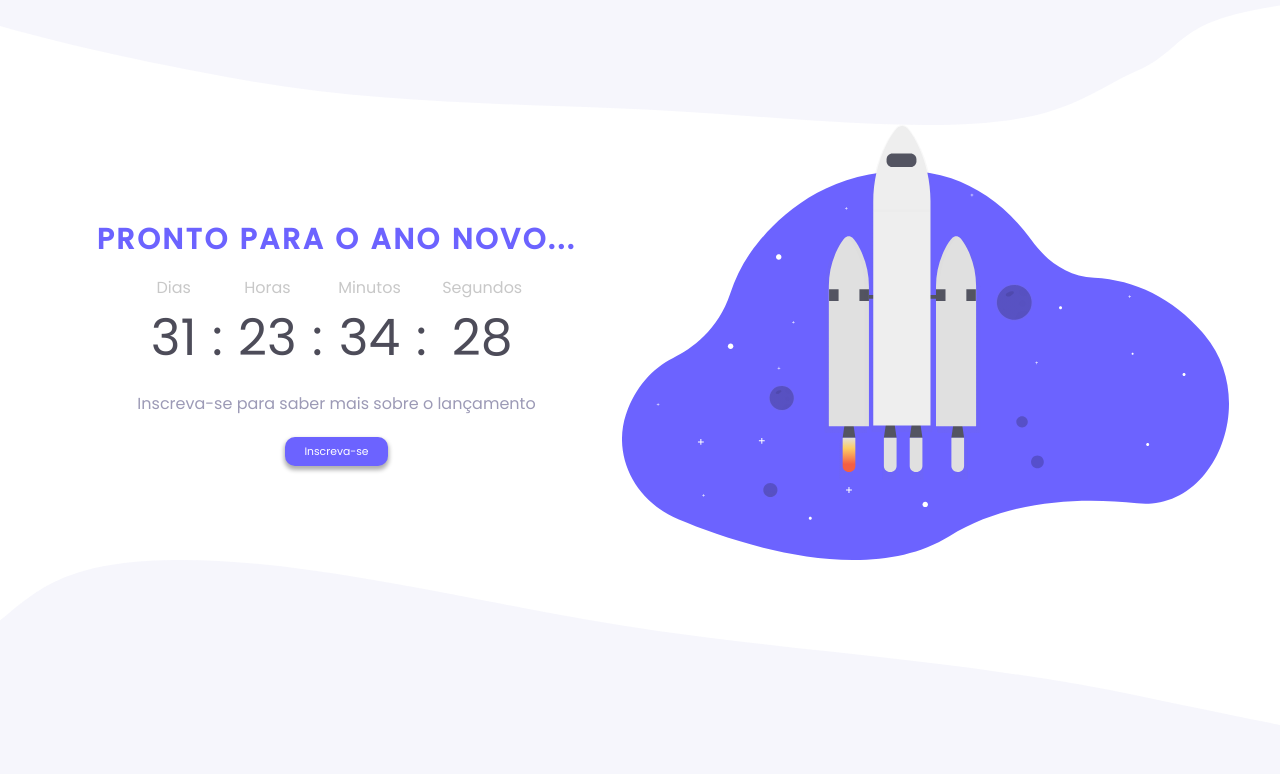
Repository: BrunoBross/countdown
Page: index.html
The author's editor kept a copy of each file at every save. The page is drawn from the files as they stood at one save, then again after the next save.
The browser window is 1280 px wide. The pictures show the whole page.

Above is the page before, as saved 2021-11-30 01:14:13.

### index.html
<!DOCTYPE html>
<html lang="en">
<head>
  <meta charset="UTF-8">
  <meta http-equiv="X-UA-Compatible" content="IE=edge">
  <meta name="viewport" content="width=device-width, initial-scale=1.0">
  <title>Document</title>
  <link rel="stylesheet" href="./style.css">
  <link rel="preconnect" href="https://fonts.googleapis.com">
  <link rel="preconnect" href="https://fonts.gstatic.com" crossorigin>
  <link href="https://fonts.googleapis.com/css2?family=Poppins:wght@300;400;500&display=swap" rel="stylesheet">
</head>
<body>
  <div class="background">
    <img class="image" id="top" src="./assets/top-image.svg" alt="">
    <div class="center">
      <div class="content">
        <h1>PRONTO PARA O ANO NOVO...</h1>
        <div class="clock">
          <div class="time" id="days">
            <p>Dias</p>
            <h1>00</h1>
          </div>
          <div class="time"><h1>:</h1></div>
          <div class="time" id="hours">
            <p>Horas</p>
            <h1>00</h1>
          </div>
          <div class="time"><h1>:</h1></div>
          <div class="time" id="minutes">
            <p>Minutos</p>
            <h1>00</h1>
          </div>
          <div class="time"><h1>:</h1></div>
          <div class="time" id="seconds">
            <p>Segundos</p>
            <h1>00</h1>
          </div>
        </div>
        <p>Inscreva-se para saber mais sobre o lançamento</p>
        <button class="subscribe">Inscreva-se</button>
      </div>
      <img id="rocket" src="./assets/rocket.svg" alt="">
    </div>
    <img class="image" id="bottom" src="./assets/bottom-image.svg" alt="">
  </div>
</body>

<script src="./script.js"></script>
</html>

### style.css
*{
  padding: 0;
  margin: 0;
}

body{
  background-color: #FFF;
}

.background{
  height: 100vh;
  display: flex;
  flex-direction: column;
  justify-content: space-between;
}

.center{
  padding: 0 4vw;
  display: flex;
  justify-content: space-between;
}

.image{
  width: 100vw;
}

.clock{
  margin: 2vh 0;
  display: flex;
  gap: 1.2vw;
  align-items: flex-end;
}

.time{
  display: flex;
  flex-direction: column;
  justify-content: center;
  align-items: center;
}

.time > p{
  font-family: 'Poppins', 'sans-serif';
  color: #C8C8C8;
}

.time > h1{
  font-family: 'Poppins', 'sans-serif';
  color: #4D4C59;
  font-size: 7vh;
  font-weight: 400;
}

.content{
  width: 50vw;
  display: flex;
  flex-direction: column;
  justify-content: center;
  align-items: center;
}

.content > h1{
  color: #6C63FF;
  font-family: 'Poppins', 'sans-serif';
  font-weight: 700;
  font-size: 4vh;
  letter-spacing: 0.2vw;
}

.content > p{
  font-family: 'Poppins', 'sans-serif';
  font-weight: 400;
  color: #9C9AB6;
}

.subscribe{
  margin-top: 3vh;
  width: 8vw;
  height: 4vh;
  border: none;
  background-color: #6C63FF;
  border-radius: 10px;
  font-family: 'Poppins', 'sans-serif';
  font-weight: 400;
  font-size: 1.5vh;
  color: #FFF;
  box-shadow: 0 3px 4px 1px #00000050;
  cursor: pointer;
}

### script.js
// Set the date we're counting down to
var countDownDate = new Date("Jan 1, 2022 00:00:00").getTime();

// Update the count down every 1 second
var x = setInterval(function() {

  // Get today's date and time
  var now = new Date().getTime();

  // Find the distance between now and the count down date
  var distance = countDownDate - now;

  // Time calculations for days, hours, minutes and seconds
  var days = Math.floor(distance / (1000 * 60 * 60 * 24));
  var hours = Math.floor((distance % (1000 * 60 * 60 * 24)) / (1000 * 60 * 60));
  var minutes = Math.floor((distance % (1000 * 60 * 60)) / (1000 * 60));
  var seconds = Math.floor((distance % (1000 * 60)) / 1000);

  // Display the result in the element with id="demo"
  document.querySelector("#days > h1").innerHTML = days
  document.querySelector("#hours > h1").innerHTML = hours
  document.querySelector("#minutes > h1").innerHTML = minutes
  document.querySelector("#seconds > h1").innerHTML = seconds

  // If the count down is finished, write some text
  if (distance < 0) {
    clearInterval(x);
    document.getElementById("demo").innerHTML = "EXPIRED";
  }
}, 1000);

After the next save:
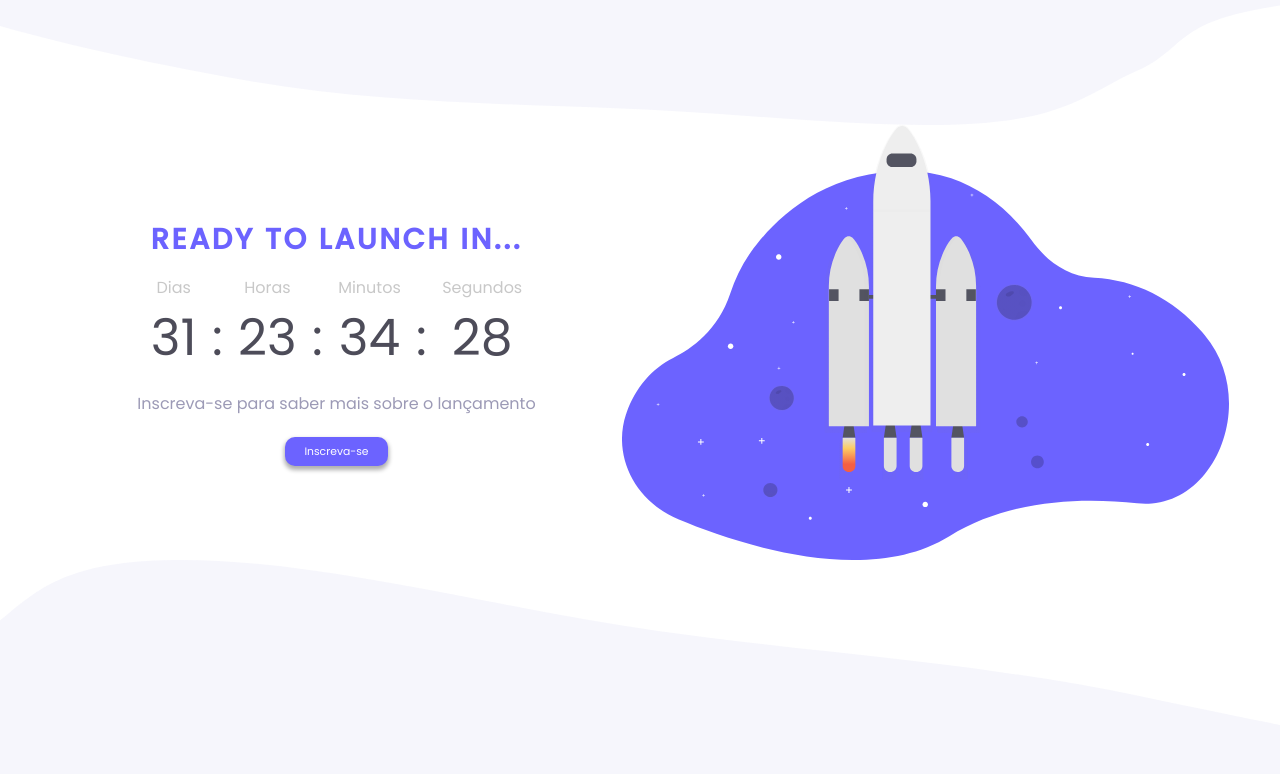
Saved 20 s later.
--- a/index.html
+++ b/index.html
@@ -15,7 +15,7 @@
     <img class="image" id="top" src="./assets/top-image.svg" alt="">
     <div class="center">
       <div class="content">
-        <h1>PRONTO PARA O ANO NOVO...</h1>
+        <h1>READY TO LAUNCH IN...</h1>
         <div class="clock">
           <div class="time" id="days">
             <p>Dias</p>
